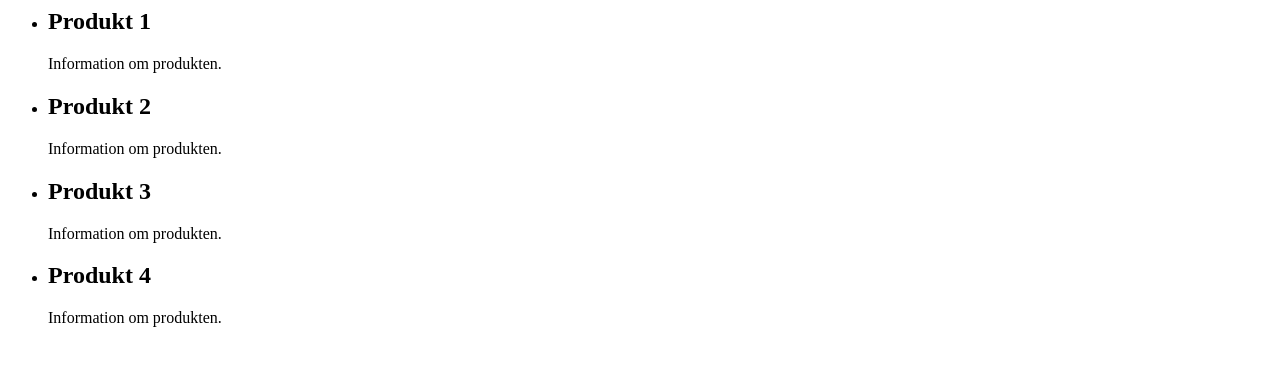
Repository: JuliaSivartsson/1dv403-jsigc09-laborationer
Page: TEST1/index.html
The author's editor kept a record of every edit. The page is drawn from the files as they stood at one moment, then again after the next edit.
The browser window is 1280 px wide. The pictures show the whole page.

Above is the page before.

### TEST1/index.html
<html>
<head>

    <title></title>
    <script src="js/myscript.js"></script>


</head>

<body>
    <ul id="productlist">
        <li>
            <h2>Produkt 1</h2>
            <p class="prodinfo">Information om produkten.</p>
        </li>
        <li>
            <h2>Produkt 2</h2>
            <p class="prodinfo">Information om produkten.</p>
        </li>
        <li>
            <h2>Produkt 3</h2>
            <p class="prodinfo">Information om produkten.</p>
        </li>
                <li>
            <h2>Produkt 4</h2>
            <p class="prodinfo">Information om produkten.</p>
        </li>
    </ul>


</body>
</html>

### TEST1/js/myscript.js
"use strict";

window.addEventListener("load", function(){

   NodeList.prototype.forEach = Array.prototype.forEach;

   var ps = document.querySelectorAll(".prodinfo");
   ps.forEach(function(p){
    p.classList.add("hidden");

   });

   var h2s = document.querySelectorAll("#productlist h2");

    h2s.forEach(function(h2){

       var a = document.createElement("a");
       a.setAttribute("href", "#");
       h2.appendChild(a);

        h2.addEventListener("click", function(){
          var p = h2.parentNode.querySelector(".prodinfo");

          p.classList.toggle("hidden");
        });

   });



});

Loaded but not shown: TEST1/css/style.css (common file)

After the next edit:
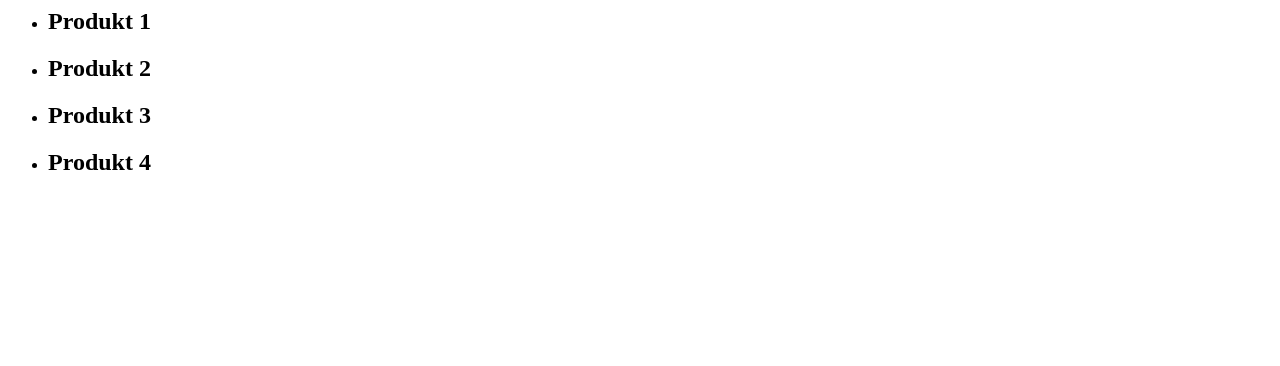
The edit:
--- a/TEST1/index.html
+++ b/TEST1/index.html
@@ -3,7 +3,7 @@
 
     <title></title>
     <script src="js/myscript.js"></script>
-
+        <link rel="stylesheet" type="text/css" href="css/style.css" />
 
 </head>
 
